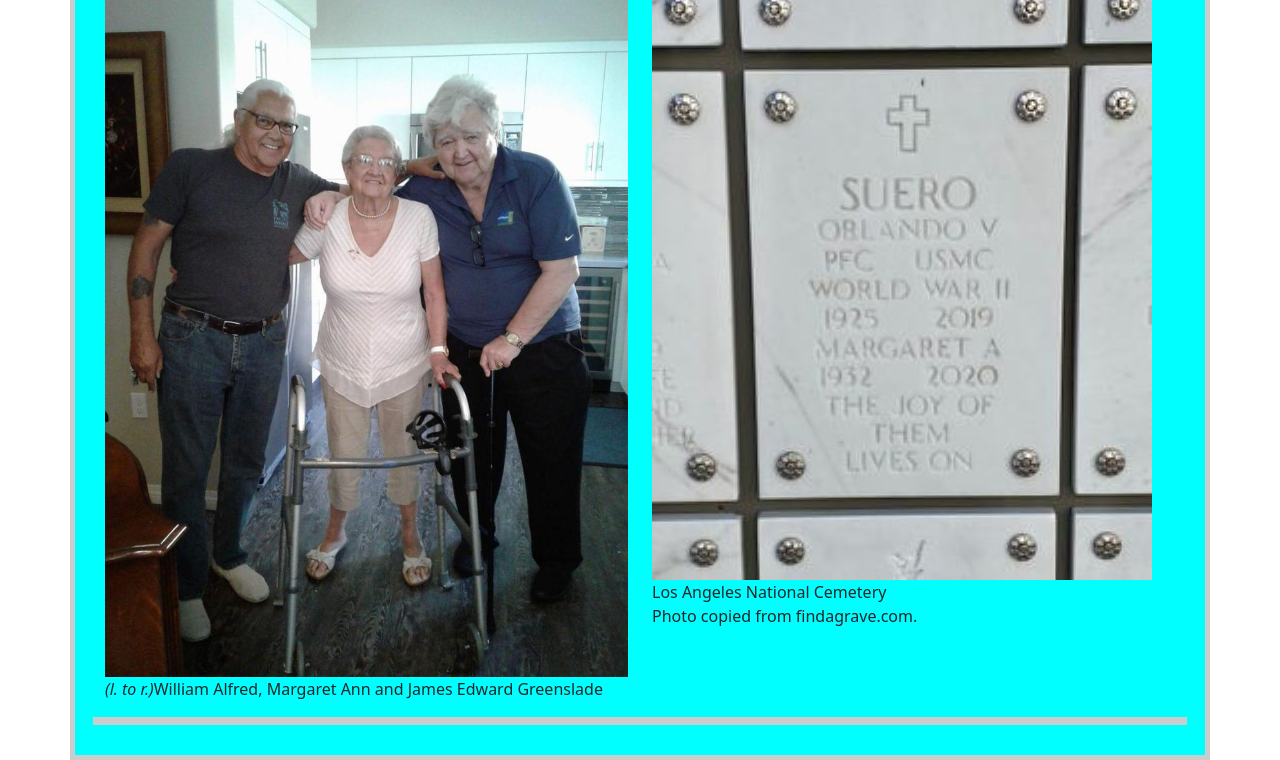
Repository: George2916/GreensladeFamilyTree
Page: photoMargaretAnnGreenslade.html
The author's editor kept a record of every edit. The page is drawn from the files as they stood at one moment, then again after the next edit.
The browser window is 1280 px wide. The pictures show the part of the page from y = 867 to 1627 px (the page is 1627 px tall).
A picture or video elsewhere on the page could not be fetched, so the positions and the page height are approximate.

Above is the page before.

After the next edit:
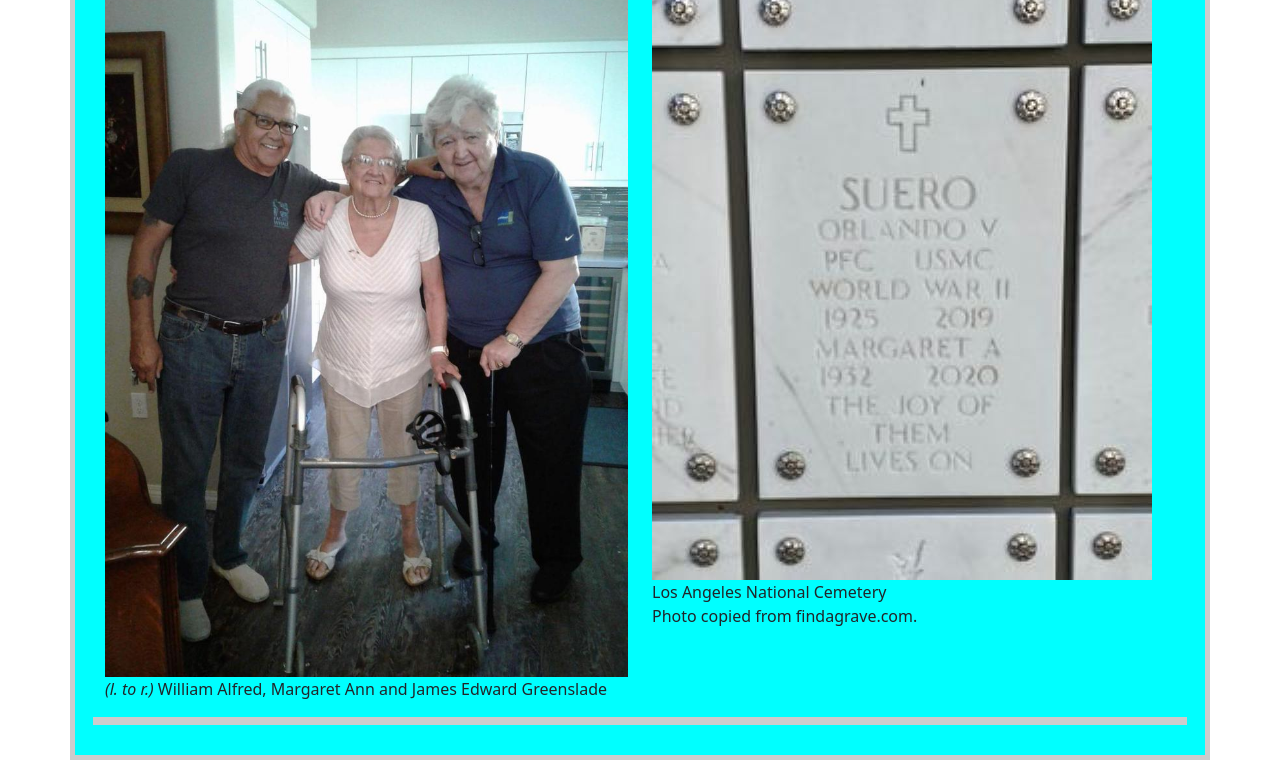
The edit:
--- a/photoMargaretAnnGreenslade.html
+++ b/photoMargaretAnnGreenslade.html
@@ -62,7 +62,7 @@
 
          <div class="col-12 col-md-6">
             <img class="img-fluid" src="images/peggyGreenslade(4).jpg">
-            <p><i>(l. to r.)</i>William Alfred, Margaret Ann and James Edward Greenslade</p>
+            <p><i>(l. to r.)</i>&nbsp;William Alfred, Margaret Ann and James Edward Greenslade</p>
         </div>
 
         <div class="col-12 col-md-6">
